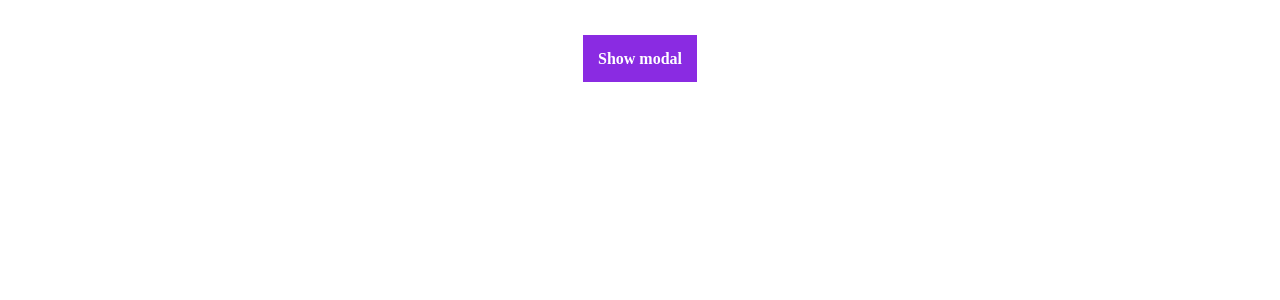
Repository: AnhTuan191298/sent-file-hoang
Page: js_modal/index.html
The author's editor kept a copy of each file at every save. The page is drawn from the files as they stood at one save, then again after the next save.
The browser window is 1280 px wide. The pictures show the whole page.

Above is the page before, as saved 2021-02-01 13:42:44.

### js_modal/index.html
<!DOCTYPE html>
<html lang="en">
<head>
    <meta charset="UTF-8">
    <meta name="viewport" content="width=device-width, initial-scale=1.0">
    <title>Modal</title>
    <style>
        * {
            margin: 0;
            padding: 0;
        }
        body {
            display: flex;
            justify-content: center;
            align-items: center;
        }
        .modal {
            margin-top: 50px;
        }
        .modal__action {
            text-decoration: none;
            padding: 15px;
            background-color: blueviolet;
            color: white;
            font-weight: bold;
        }
        .layout {
            position: fixed;
            top: 0;
            bottom: 0;
            right: 0;
            left: 0;
        }
    </style>
</head>
<body>
    <div class="modal">
        <a class="modal__action" href="#">Show modal</a>
    </div>
    <div class="layout"></div>

    <script src="./assets/js/main.js"></script>
</body>
</html>

Loaded but not shown: js_modal/assets/js/main.js (no stored copy; drawn as an empty file)

After the next save:
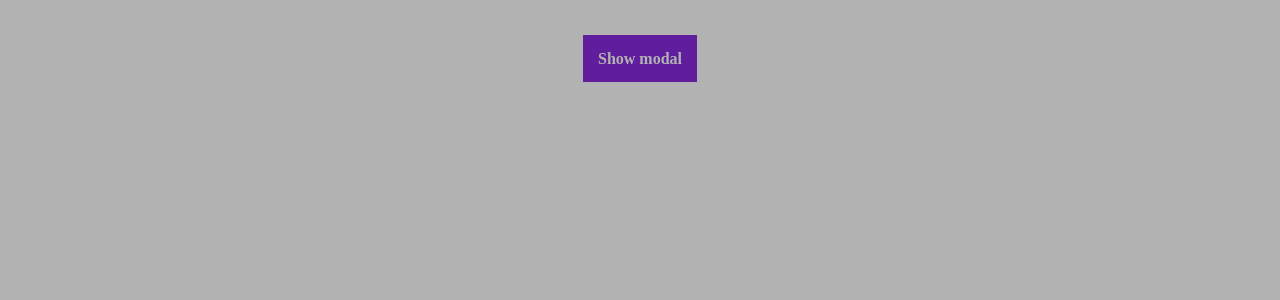
Saved 30 s later.
--- a/js_modal/index.html
+++ b/js_modal/index.html
@@ -30,6 +30,7 @@
             bottom: 0;
             right: 0;
             left: 0;
+            background-color: rgba(0, 0, 0, 0.3);
         }
     </style>
 </head>
